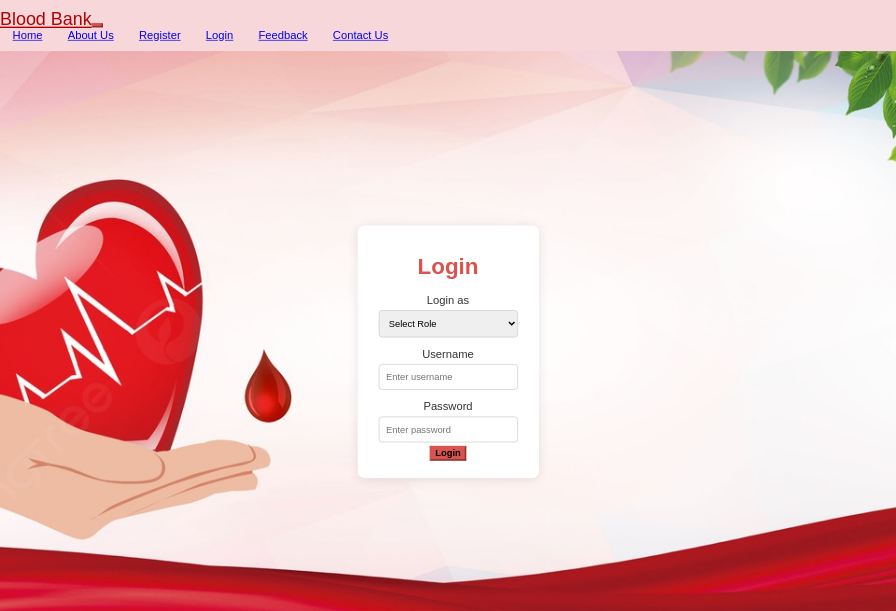
Repository: krismehta02/MINI-PROJECT-MAY
Page: /donor-dashboard (app in blood-donation-frontend/)
An editor plug-in stored every save of this project. The page is shown before and after the next save, followed by the edit.
The browser window is 1280 px wide. The pictures show the part of the page from y = 0 to 1920 px (the page is 873 px tall before and 7353 px after), at 70% of full size.
The project was rebuilt for these pictures with package versions that can differ from the ones it lists, and the page was loaded fresh each time. Also part of the build but not shown: blood-donation-frontend/vite.config.js, blood-donation-frontend/src/pages/Home.jsx, blood-donation-frontend/src/pages/AboutUs.jsx, blood-donation-frontend/src/pages/Register.jsx, blood-donation-frontend/src/pages/Feedback.jsx, blood-donation-frontend/src/pages/ContactUs.jsx, blood-donation-frontend/src/pages/PatientDashboard.jsx.

Above is the page before, as saved 2025-05-12 08:45:51.

### blood-donation-frontend/src/index.css
body {
  font-family: Arial, sans-serif;
  background-color: #f9f9f9;
  margin: 0;
  padding: 0;
}

.container {
  background-color: #ffffff;
  padding: 20px 30px;
  border-radius: 10px;
  box-shadow: 0 2px 15px rgba(0,0,0,0.1);
  margin-bottom: 40px;
  margin-top: 100px; /* Prevent navbar overlap */
  max-width: 900px; /* Set max width for page content */
  margin-left: auto;
  margin-right: auto;
  text-align: center;
}

.container h1 {
  color: #d9534f;
  margin-bottom: 20px;
}

.container textarea {
  resize: none;
}

button {
  background-color: #d9534f;
  border-color: #d9534f;
}

button:hover {
  background-color: #c9302c;
  border-color: #ac2925;
}

.container label {
  font-weight: bold;
}

.container textarea {
  margin-bottom: 20px;
  border-radius: 5px;
  padding: 10px;
}

### blood-donation-frontend/src/App.jsx
import React from 'react';
import { BrowserRouter as Router, Routes, Route } from 'react-router-dom';
import AppNavbar from './components/Navbar';
import Home from './pages/Home';
import AboutUs from './pages/AboutUs';
import Register from './pages/Register';
import Login from './pages/Login';
import Feedback from './pages/Feedback';
import ContactUs from './pages/ContactUs';
import PatientDashboard from './pages/PatientDashboard';
import DonorDashboard from './pages/DonorDashboard'; // New import

function App() {
  return (
    <Router>
      <AppNavbar />
      <Routes>
        <Route path="/" element={<Home />} />
        <Route path="/about" element={<AboutUs />} />
        <Route path="/register" element={<Register />} />
        <Route path="/login" element={<Login />} />
        <Route path="/feedback" element={<Feedback />} />
        <Route path="/contact" element={<ContactUs />} />
        {/* Protected Dashboard Routes */}
        <Route path="/patient-dashboard" element={<PatientDashboard />} />
        <Route path="/donor-dashboard" element={<DonorDashboard />} /> {/* New route */}
      </Routes>
    </Router>
  );
}

export default App;

### blood-donation-frontend/src/components/Navbar.jsx
import { Container, Nav, Navbar } from "react-bootstrap";
import { Link } from "react-router-dom";

function AppNavbar() {
  return (
    <Navbar
      expand="lg"
      sticky="top"
      style={{
        backgroundColor: "#f8d7da",
        paddingTop: "0.8rem",
        paddingBottom: "0.8rem",
        boxShadow: "0 2px 10px rgba(0, 0, 0, 0.1)",
      }}
    >
      <Container fluid="md">
        <Navbar.Brand
          as={Link}
          to="/"
          className="fw-bold"
          style={{ fontSize: "1.6rem", color: "#b30000" }}
        >
          Blood Bank
        </Navbar.Brand>

        <Navbar.Toggle aria-controls="navbar-nav" className="border-0" />
        <Navbar.Collapse id="navbar-nav" className="justify-content-end">
          <Nav className="gap-2">
            {[
              { to: "/", label: "Home" },
              { to: "/about", label: "About Us" },
              { to: "/register", label: "Register" },
              { to: "/login", label: "Login" },
              { to: "/feedback", label: "Feedback" },
              { to: "/contact", label: "Contact Us" },
            ].map((item, index) => (
              <Nav.Link
                key={index}
                as={Link}
                to={item.to}
                className="btn btn-outline-danger"
                style={{
                  borderRadius: "30px",
                  padding: "6px 18px",
                  fontWeight: 500,
                }}
              >
                {item.label}
              </Nav.Link>
            ))}
          </Nav>
        </Navbar.Collapse>
      </Container>
    </Navbar>
  );
}

export default AppNavbar;

### blood-donation-frontend/src/pages/Login.jsx
import React, { useState } from 'react';
import { Form, Button } from 'react-bootstrap';
import { useNavigate } from 'react-router-dom';
import axios from 'axios';

function Login() {
  const [role, setRole] = useState('');
  const [username, setUsername] = useState('');
  const [password, setPassword] = useState('');
  const navigate = useNavigate();

  // Handle input changes
  const handleRoleChange = (e) => setRole(e.target.value);
  const handleUsernameChange = (e) => setUsername(e.target.value);
  const handlePasswordChange = (e) => setPassword(e.target.value);

  // Handle form submission
  const handleSubmit = async (e) => {
    e.preventDefault();

    // Basic validation
    if (username.trim() === "" || password.trim() === "" || role.trim() === "") {
      alert("Username, password, and role cannot be empty.");
      return;
    }

    try {
      // Send login request to the backend
      const response = await axios.post('http://localhost:5000/login', {
        role,
        username,
        password,
      });

      // If login is successful, store the token and redirect
      const { message, token } = response.data;
      alert(message);

      // Store the token in localStorage for persistence
      localStorage.setItem('authToken', token);
      console.log(token);

      // Redirect to the appropriate dashboard based on role
      if (role === 'patient') {
        navigate('/patient-dashboard');
      } else if (role === 'donor') {
        navigate('/donor-dashboard');
      }

    } catch (error) {
      // Handle login errors
      if (error.response) {
        alert(error.response.data.message || 'Login failed');
      } else {
        alert('Network error. Please try again later.');
      }

      // Reset the form fields after a failed login attempt
      setUsername('');
      setPassword('');
    }
  };

  return ( <div
      className="login-page"
      style={{
        backgroundImage: `url("/Videos/login_bg.jpg")`,
        backgroundSize: 'cover',
        backgroundPosition: 'center',
        backgroundRepeat: 'no-repeat',
        minHeight: '100vh',
        display: 'flex',
        alignItems: 'center',
        justifyContent: 'center',
        padding: '40px'
      }}
      >
  <div className="container mt-5 login-form-container">
      <h1>Login</h1>
      <Form onSubmit={handleSubmit}>
        {/* User Role Dropdown */}
        <Form.Group controlId="formRole">
          <Form.Label>Login as</Form.Label>
          <Form.Control as="select" value={role} onChange={handleRoleChange} required>
            <option value="">Select Role</option>
            <option value="patient">Patient</option>
            <option value="donor">Donor</option>
          </Form.Control>
        </Form.Group>

        {/* Username Field */}
        <Form.Group controlId="formUsername" className="mt-3">
          <Form.Label>Username</Form.Label>
          <Form.Control
            type="text"
            placeholder="Enter username"
            value={username}
            onChange={handleUsernameChange}
            required
          />
        </Form.Group>

        {/* Password Field */}
        <Form.Group controlId="formPassword" className="mt-3">
          <Form.Label>Password</Form.Label>
          <Form.Control
            type="password"
            placeholder="Enter password"
            value={password}
            onChange={handlePasswordChange}
            required
          />
        </Form.Group>

        {/* Submit Button */}
        <Button variant="primary" type="submit" className="mt-3">
          Login
        </Button>
      </Form>
    </div>
    </div>
  );
}

export default Login;

### blood-donation-frontend/src/pages/DonorDashboard.jsx
import React, { useState, useEffect } from "react";
import axios from "axios";
import { useNavigate } from "react-router-dom";

function DonorDashboard() {
  const [donor, setDonor] = useState({});
  const [editing, setEditing] = useState(false);
  const navigate = useNavigate();

  useEffect(() => {
    const fetchData = async () => {
      const token = localStorage.getItem("authToken");
      if (!token) return navigate("/login");

      try {
        const res = await axios.get("http://localhost:5000/getDonorProfile", {
          headers: { Authorization: `Bearer ${token}` }
        });
        setDonor(res.data.donor || res.data || {});
      } catch (err) {
        console.log("Fetch error:", err);
        setDonor({});
      }
    };
    fetchData();
  }, [navigate]);

  const handleUpdate = async () => {
    try {
      const token = localStorage.getItem("authToken");
      await axios.put("http://localhost:5000/updateDonorProfile", donor, {
        headers: { Authorization: `Bearer ${token}` }
      });
      alert("Profile updated!");
      setEditing(false);
    } catch (err) {
      alert("Update failed");
    }
  };

  const handleDelete = async () => {
    if (!window.confirm("Cancel registration?")) return;
    try {
      const token = localStorage.getItem("authToken");
      await axios.delete("http://localhost:5000/deleteDonorProfile", {
        headers: { Authorization: `Bearer ${token}` }
      });
      localStorage.removeItem("authToken");
      navigate("/login");
    } catch (err) {
      alert("Deletion failed");
    }
  };

  return (
    <div className="container" style={{ marginTop: "30px" }}>
      <h2>Donor Dashboard</h2>

      {editing ? (
        <div>
          <input
            type="text"
            placeholder="Username"
            value={donor.username || ""}
            onChange={(e) => setDonor({...donor, username: e.target.value})}
            className="form-control mb-2"
          />
          <input
            type="text"
            placeholder="Age"
            value={donor.age || ""}
            onChange={(e) => setDonor({...donor, age: e.target.value})}
            className="form-control mb-2"
          />
          <input
            type="text"
            placeholder="Blood Group"
            value={donor.blood_group || ""}
            onChange={(e) => setDonor({...donor, blood_group: e.target.value})}
            className="form-control mb-2"
          />
          <button onClick={handleUpdate} className="btn btn-success mb-2">
            Save
          </button>
          <button onClick={() => setEditing(false)} className="btn btn-secondary">
            Cancel
          </button>
        </div>
      ) : (
        <div>
          <p><strong>Username:</strong> {donor.username}</p>
          <p><strong>Age:</strong> {donor.age}</p>
          <p><strong>Blood Group:</strong> {donor.blood_group}</p>
          <button
            onClick={() => setEditing(true)}
            className="btn btn-primary mb-2"
          >
            Edit Profile
          </button>
          <button onClick={handleDelete} className="btn btn-danger">
            Cancel Registration
          </button>
        </div>
      )}
    </div>
  );
}

export default DonorDashboard;

### blood-donation-frontend/src/Home.css
/* Hero Video Banner */
.video-container {
  position: relative;
 height: 65vh;
  overflow: hidden;
  margin-top: 70px;

}
.video-container video.hero-video {
  width: 100%;
  height:100%;
  object-fit: cover;
  top:0;
  left:0;
}


.welcome-card {
  background-color: rgba(255, 255, 255, 0.95);
  border-radius: 20px;
  box-shadow: 0 8px 24px rgba(0, 0, 0, 0.1);
  transition: transform 0.3s;
}
.welcome-card:hover {
  transform: scale(1.01);
}


.did-you-know-card {
  background-color: rgba(255, 255, 255, 0.92);
  border-radius: 15px;
  box-shadow: 0 4px 20px rgba(0, 0, 0, 0.1);
  margin-top: 2rem;
}
.did-you-know-card ul {
  list-style: none;
  padding-left: 0;
}
.did-you-know-card li {
  font-weight: 500;
  font-size: 1.05rem;
  color: #333;
  margin-bottom: 0.75rem;
}

/* Video Wrapper */
.video-wrapper {
  position: relative;
  width: 100%;
  border-radius: 12px;
  overflow: hidden;
  box-shadow: 0 4px 16px rgba(0, 0, 0, 0.1);
}

/* Responsive */
@media (max-width: 768px) {
  .video-container {
    height: 40vh;
  }
  .welcome-card,
  .did-you-know-card {
    padding: 1rem;
    margin: 1rem 0;
  }
  h1,
  h2 {
    font-size: 1.6rem;
  }
  p,
  li {
    font-size: 0.95rem;
  }


}

### blood-donation-frontend/src/Register.css
.register-background {
     background-image: url('/Videos/registeration_bg.jpg');
    background-size: cover;
    background-position: center;
    min-height: 80vh;
    padding-top: 10px;
  }

/*.register-container {
  max-width: 500px;
  margin: 50px auto;
  padding: 60px;
  background-color: #F48FB1;
  border: 2px solid #b80000;
  box-shadow: 0 0 10px rgba(0, 0, 0, 0.1);
  }*/

  .register-container {
    background-color: rgba(255, 255, 255, 0.2);
    backdrop-filter: blur(8px);
    border: 1px solid rgba(255, 255, 255, 0.3);
    box-shadow: 0 0 10px rgba(0, 0, 0, 0.3);
    padding: 30px;
    max-width: 500px;
    margin: 10px auto;
    border-radius: 10px;
    color: #0c0c0c;
  }


  .register-container h1 {
    text-align: center;
    color: #333;
    margin-bottom: 5px;
  }

  .register-container .form-label {
    display: block;
    margin-bottom: 10px;  /* This adds spacing between the label and the input */
    font-weight: 500;
  }

  .register-container .form-control {
    width: 100%;           /* fill the container */
    max-width: 500px;      /* optional: limit width */
    padding: 10px;
    border-radius: 5px;
  }

.form-group,
.mt-3 {
  margin-bottom: 5px;
}

/* Flex row container for horizontal layout */
.form-row {
    display: flex;
    gap: 20px;
    justify-content: space-between;
    margin-bottom: 10px;
  }

  /* Make both inputs in a row take equal space */
  .form-row .form-group {
    flex: 1;
  }


  form .form-label {
    font-weight: 500;
  }

  form .form-control {
    border-radius: 5px;
    padding: 10px;
  }

  button {
    font-weight: bold;
  }

### blood-donation-frontend/src/Feedback.css
.feedback-container {
    background-color: rgba(80, 40, 173, 0.2);
    backdrop-filter: blur(8px);
    border: 1px solid rgba(255, 255, 255, 0.3);
    box-shadow: 0 0 10px rgba(0, 0, 0, 0.3);
    padding: 100px;
    max-width: 500px;
    margin: 100px auto;
    border-radius: 10px;
    color: #0c0c0c;
  }

  /*.feedback-container h1 {
    text-align: center;
    color: #b71c1c;
    margin-bottom: 20px;
  }*/

  label {
    display: block;
    margin-top: 15px;
    margin-bottom: 5px;
    font-weight: bold;
    color: #333;
  }

  input,
  select,
  textarea {
    width: 100%;
    padding: 10px;
    border-radius: 5px;
    border: 1px solid #ccc;
    box-sizing: border-box;
  }

  /*button {
    margin-top: 20px;
    width: 100%;
    padding: 12px;
    background-color: #d32f2f;
    color: #fff;
    font-weight: bold;
    border: none;
    border-radius: 5px;
    cursor: pointer;
  }*/

  button:hover {
    background-color: #b71c1c;
  }

Loaded but not shown: blood-donation-frontend/index.html (common file); blood-donation-frontend/src/main.jsx (common file)

After the next save:
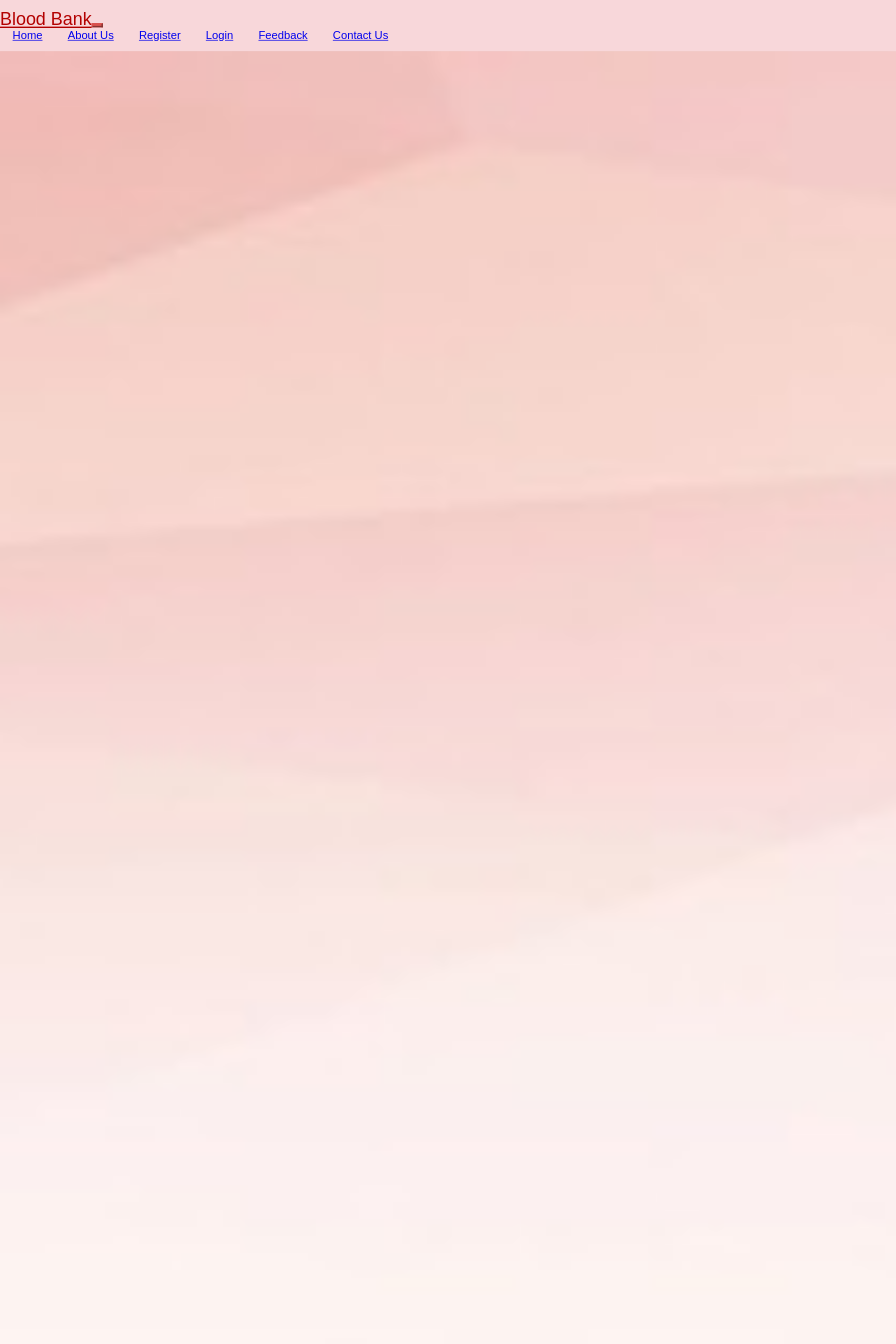
Saved 7 s later.
--- a/blood-donation-frontend/src/pages/Login.jsx
+++ b/blood-donation-frontend/src/pages/Login.jsx
@@ -68,7 +68,7 @@ function Login() {
         backgroundSize: 'cover',
         backgroundPosition: 'center',
         backgroundRepeat: 'no-repeat',
-        minHeight: '100vh',
+        minHeight: '1000vh',
         display: 'flex',
         alignItems: 'center',
         justifyContent: 'center',
